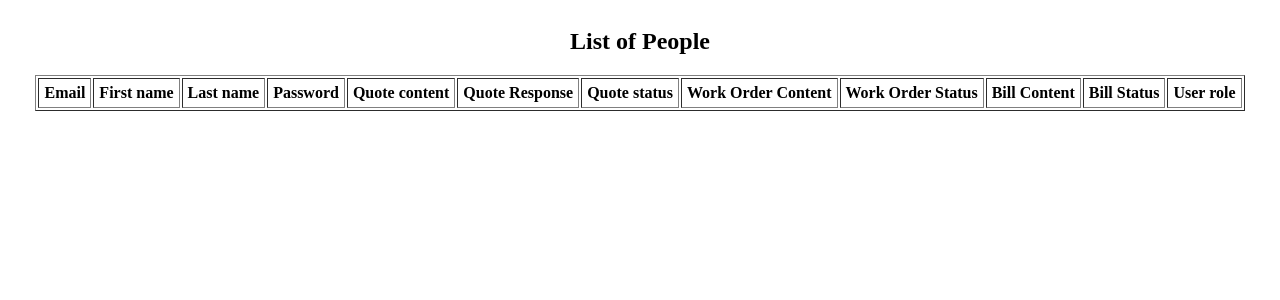
Repository: jacknishanian/Database-project
Page: http://localhost/database/UserList.jsp
The author's editor kept a copy of each file at every save. The page is drawn from the files as they stood at one save, then again after the next save.
The browser window is 1280 px wide. The pictures show the whole page.
The page is served by Tomcat 9. Other server files are loaded and not shown.

Above is the page before, as saved 2023-10-18 00:21:08.

### database/WebContent/UserList.jsp
<%@ page import="java.util.List" %>
<%@ page language="java" contentType="text/html; charset=ISO-8859-1"
    pageEncoding="ISO-8859-1"%>
  <%@ taglib prefix="c" uri="http://java.sun.com/jsp/jstl/core" %>
<!DOCTYPE html PUBLIC "-//W3C//DTD HTML 4.01 Transitional//EN" "http://www.w3.org/TR/html4/loose.dtd">
<html>
<head>
    <title>All User list</title>
</head>
<body>
   <div align="center">
        <table border="1" cellpadding="5">
            <caption><h2>List of People</h2></caption>
            <tr>
				<th>Email</th>
                <th>First name</th>
                <th>Last name</th>
                <th>Password</th>
                <th>Quote content</th>
                <th>Quote Response</th>
                <th>Quote status</th>
                <th>Work Order Content</th>
                <th>Work Order Status</th>
                <th>Bill Content</th>
                <th>Bill Status</th>
                <th>User role</th>

            </tr>
            <c:forEach var="users" items="${listUser}">
                <tr style="text-align:center">
                    <td><c:out value="${users.email}" /></td>
                    <td><c:out value="${users.firstName}" /></td>
                    <td><c:out value="${users.lastName}" /></td>
                    <td><c:out value="${users.password}" /></td>
                    <td><c:out value="${users.quotes_content}" /></td>
                    <td><c:out value="${users.quotes_response}"/></td>
                    <td><c:out value="${users.quotes_status}" /></td>
                    <td><c:out value="${users.work_order_status}" /></td>
                    <td><c:out value="${users.bill_of_work_content}"/></td>
                    <td><c:out value="${users.bill_of_work_status}" /></td>
                    <td><c:out value="${users.role}" /></td>
                </tr>
            </c:forEach>
        </table>
    </div>
</body>
</html>

After the next save:
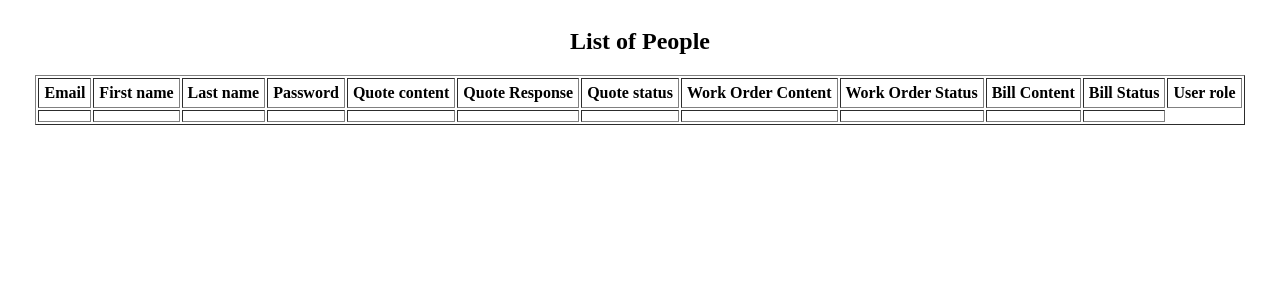
Saved 20 s later.
--- a/database/WebContent/UserList.jsp
+++ b/database/WebContent/UserList.jsp
@@ -26,7 +26,7 @@
                 <th>User role</th>
 
             </tr>
-            <c:forEach var="users" items="${listUser}">
+
                 <tr style="text-align:center">
                     <td><c:out value="${users.email}" /></td>
                     <td><c:out value="${users.firstName}" /></td>
@@ -40,8 +40,7 @@
                     <td><c:out value="${users.bill_of_work_status}" /></td>
                     <td><c:out value="${users.role}" /></td>
                 </tr>
-            </c:forEach>
-        </table>
+            </table>
     </div>
 </body>
 </html>
